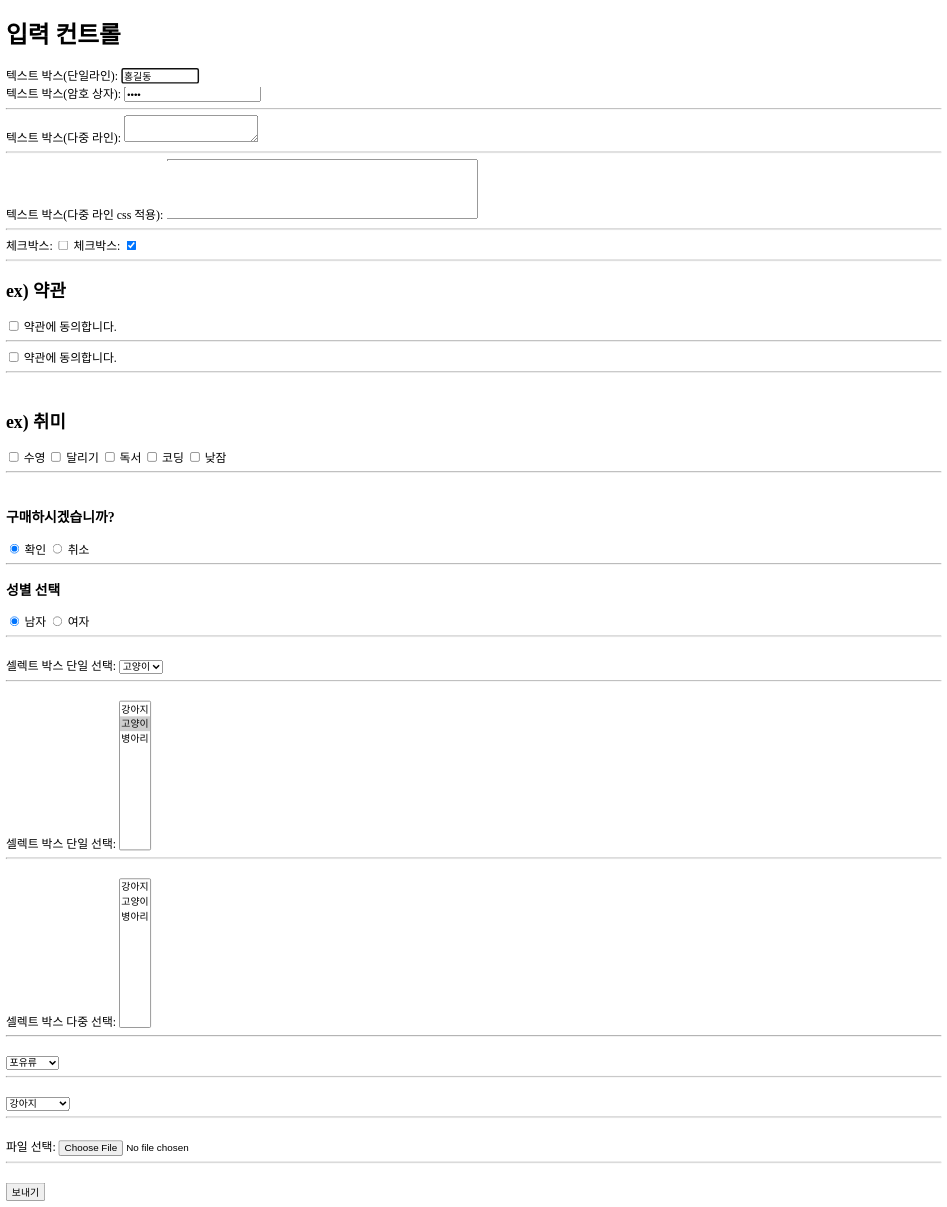
Repository: sungken/htmlProject
Page: ClientTest/src/main/webapp/html/ex19_form.html
An editor plug-in stored every save of this project. The page is shown before and after the next save, followed by the edit.
The browser window is 1280 px wide. The pictures show the whole page, at 74% of full size.

Above is the page before, as saved 2024-03-14 02:06:18.

### ClientTest/src/main/webapp/html/ex19_form.html
<!DOCTYPE html>
<html>
<head>
<meta charset="UTF-8">
<title>Insert title here</title>
</head>
<body>
<!-- ex19_form.html -->
<!--

	<form> 자식태그
	- 입력 양식

	<input> 태그
	- 단독 태그
	- 인라인 태그
	- input.type: 입력 컨트롤의 종류
	- input.name: 서버로 전송할때 사용하는 식별자
	- input.id: 식별자. CSS, JavaScript에서 주로 사용
	- input.class: 식별자. CSS, JavaScript에서 주로 사용
	- input.size: 컨트롤의 너비(입력받는 문자 수)
	- input.maxlength: 최대 입력 문자 수 + 유효성 검사
	- input.value: 컨트롤의 입력 값
	- input.readonly: 읽기 전용. 플래그형
	- input.disable: 비활성화. 플래그형
	- input.accesskey: 바로가기(니모닉, Nemonic)
	- input.autofocus: 자동 포커스
	- input.title: 풍선도움말



 -->

	<h1>입력 컨트롤</h1>

	<form action="ex18.jsp">

		텍스트 박스(단일라인): <input type="text"
								  name="txt1"
								  id="txt1"
								  class="txt1"
								  size="10"
								  maxlength="5"
								  value="홍길동"
								  accesskey="s"
								  autofocus
								  title="이름을 입력하세요">


	</form>

<!--

			암호 상자, Password Box, Masked TextBox
			- 모든 속성이 텍스트 박스와 동일
			- value 속성 사용 금지!!

-->


		텍스트 박스(암호 상자): <input type="password" value="1234">



<!--

	다중라인 텍스트 박스
	- <textarea> </textarea>
	- 쌍태그
	- 인라인 태그
	- 대부분 속성은 텍스트와 동일
	- maxlength 속성이 없다.
	- value 속성이 없다.

 -->
		<hr>

		텍스트 박스(다중 라인):
		<textarea> </textarea>
		<hr>

		텍스트 박스(다중 라인 css 적용):
		<textarea style="resize: none;" cols="50" rows="5"></textarea>
		<hr>

<!--

	체크박스
	- 논리값 입력

 -->

 	체크박스: <input type="checkbox">
 	체크박스: <input type="checkbox" checked>
 	<hr>

 	<h2>ex) 약관</h2>
	<input type="checkbox" id="cb1"><label for="cb1"> 약관에 동의합니다.</label>
	<!-- <label for="cb1"> id를 참조하여 글자를 눌러도 체크할수 있게 연동 시킬수 있다. -->
		<hr>
	<label><input type="checkbox"> 약관에 동의합니다.</label>
	<!-- 위와 동일(나중에 디자인적 요소로 둘중 선택을 한다.) -->
		<hr>
		<br>

	<h2>ex) 취미</h2>
	<input type="checkbox"> 수영
	<input type="checkbox"> 달리기
	<input type="checkbox"> 독서
	<input type="checkbox"> 코딩
	<input type="checkbox"> 낮잠
	<!-- 단일이 아닌 다수의 체크를 할수 있다. -->
		<hr>
		<br>

	<!--

		라디오 버튼
		- 단일값
		-

	 -->
	 <h3>구매하시겠습니까?</h3>
	<input type="radio" name="rd1" checked> 확인
	<input type="radio" name="rd1"> 취소
	<hr>
	<h3>성별 선택</h3>
	<input type="radio" name="rd2" checked> 남자
	<input type="radio" name="rd2"> 여자

		<hr>
		<br>
	<!--

		셀렉트 박스
		- 콤보 박스, 드랍 다운 리스트 등....
		- 단일 선택, 다중선택 전부 쓰임


	 -->

	 셀렉트 박스 단일 선택:
	 <select>
	 	<option>강아지</option>
	 	<option selected>고양이</option>
	 	<!-- 기본값 지정 -->
	 	<option>병아리</option>
	 </select>
	 <hr>
	<br>
	 셀렉트 박스 단일 선택:
	 <select size="10" >
	 	<option>강아지</option>
	 	<option selected>고양이</option>
	 	<!-- 기본값 지정 -->
	 	<option>병아리</option>
	 </select>

		<hr>
		<br>

	셀렉트 박스 다중 선택:
	 <select size="10" multiple>
	 	<option>강아지</option>
	 	<option>고양이</option>
	 	<!-- 기본값 지정 -->
	 	<option>병아리</option>
	 </select>

		<hr>
		<br>
	<select>
		<option>포유류</option>
	 	<option>강아지</option>
	 	<option>고양이</option>
	 	<option>돼지</option>

	 	<option>파충류</option>
	 	<option>뱀</option>
	 	<option>거북이</option>
	 	<option>이구아나</option>

	 	<option>곤충</option>
	 	<option>매미</option>
	 	<option>메뚜기</option>
	 	<option>귀뚜라미</option>
	 </select>

	 	<hr>
		<br>

	<!-- 라벨 추가 -->
	<select>
		<optgroup label="포유류">
		 	<option>강아지</option>
		 	<option>고양이</option>
		 	<option>돼지</option>
	 	</optgroup>

	 	<optgroup label="파충류">
	 	<option>뱀</option>
	 	<option>거북이</option>
	 	<option>이구아나</option>
	 	</optgroup>

	 	<optgroup label="곤충">
	 	<option>매미</option>
	 	<option>메뚜기</option>
	 	<option>귀뚜라미</option>
	 	</optgroup>
	 </select>
		<hr>
		<br>
<!--

	파일 업로드
	- 첨부 파일

 -->
		파일 선택: <input type="file">


		<hr>
		<br>

		<input type="submit" value="보내기">

	</form>














</body>
</html>

After the next save:
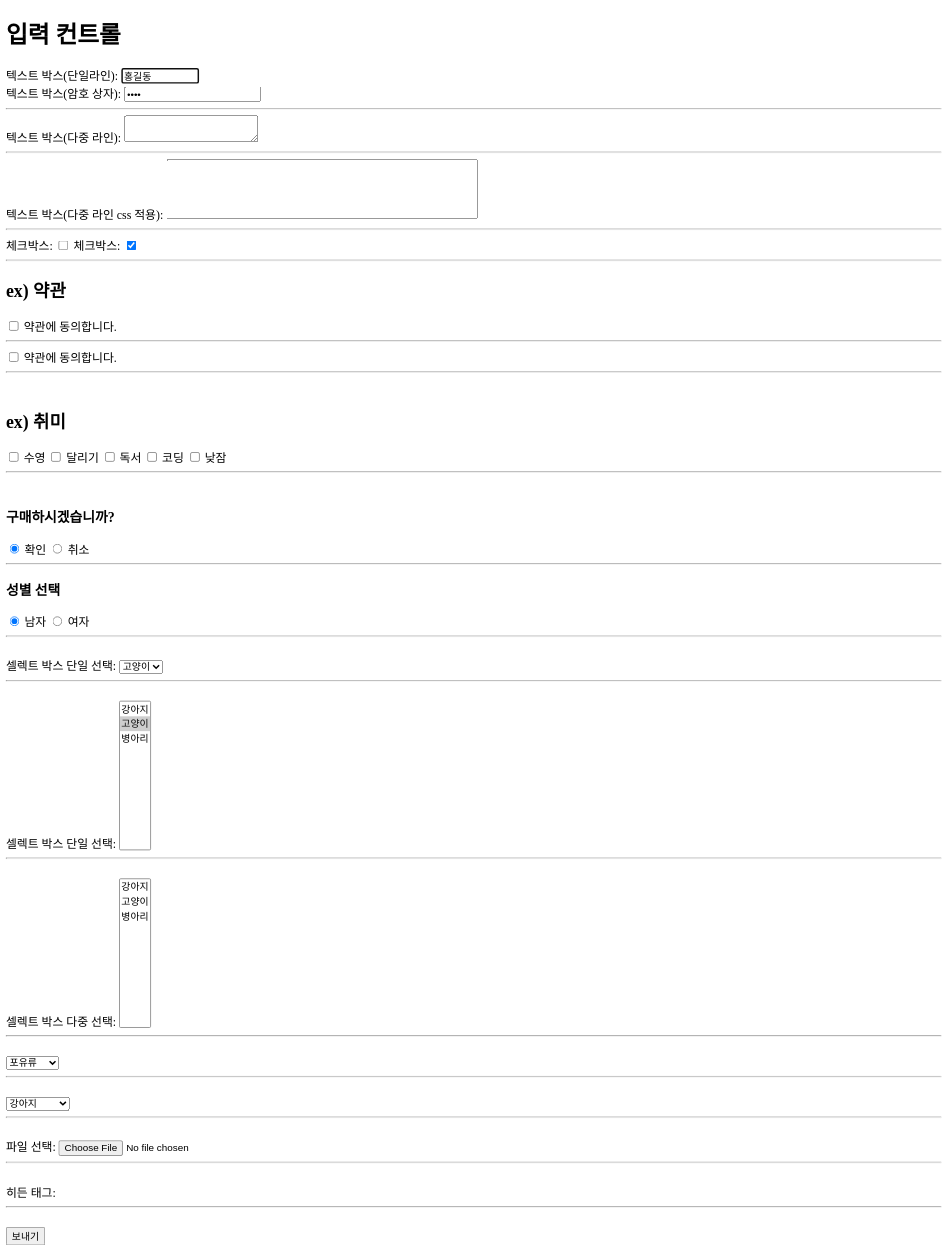
Saved 99 s later.
--- a/ClientTest/src/main/webapp/html/ex19_form.html
+++ b/ClientTest/src/main/webapp/html/ex19_form.html
@@ -219,6 +219,15 @@
  -->
 		파일 선택: <input type="file">
 
+		<hr>
+		<br>
+<!--
+
+	히든 태그
+	- 안보이는 컨트롤
+
+ -->
+ 	히든 태그: <input type="hidden">
 
 		<hr>
 		<br>
